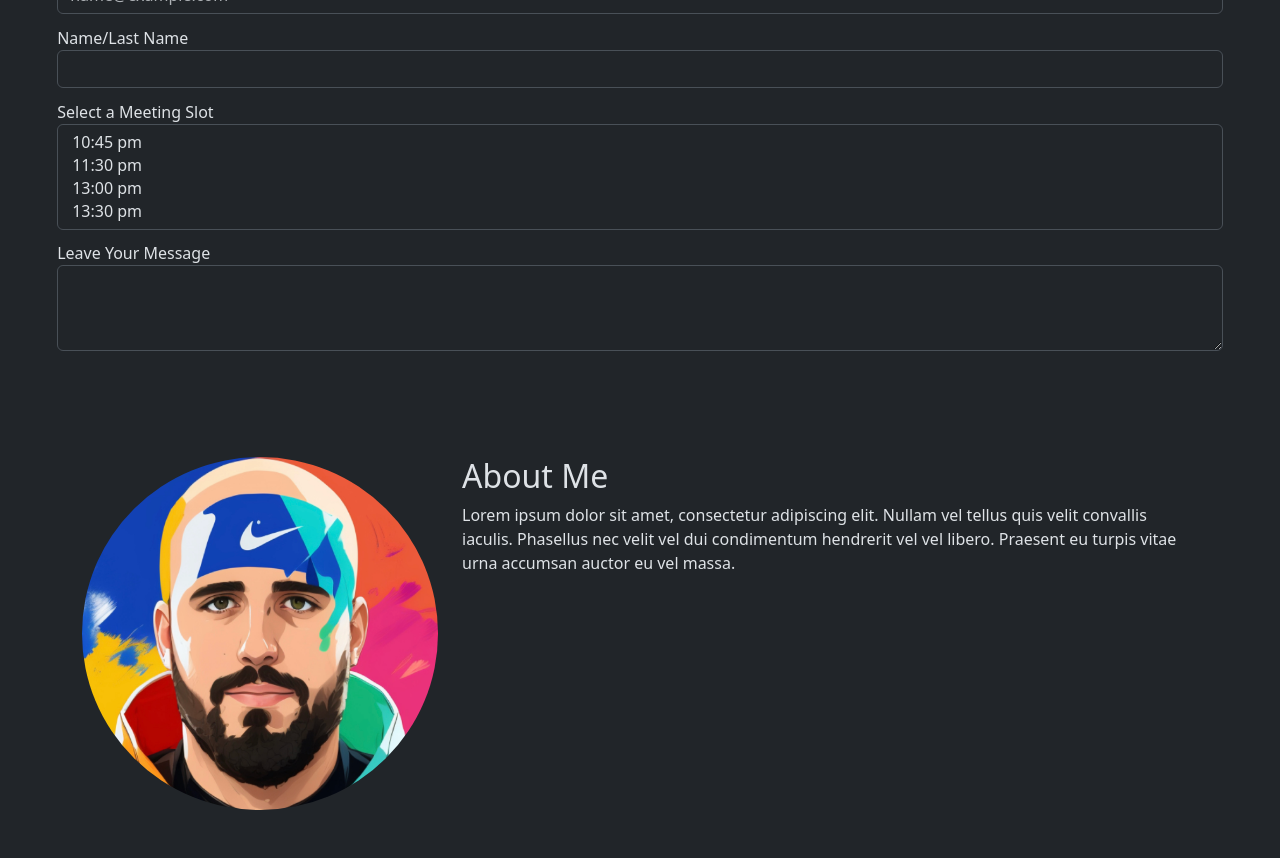
Repository: uvee35/Bootstrap-Portfolio
Page: index.html
These files come from the project's save history. The page is drawn as it stood at one moment and after the next save; the edit follows.
The browser window is 1280 px wide. The pictures show the part of the page from y = 1727 to 2679 px (the page is 2585 px tall before and 2679 px after).
A picture or video elsewhere on the page could not be fetched, so the positions and the page height are approximate.

Above is the page before, as saved 2023-12-18 20:35:53.

After the next save:
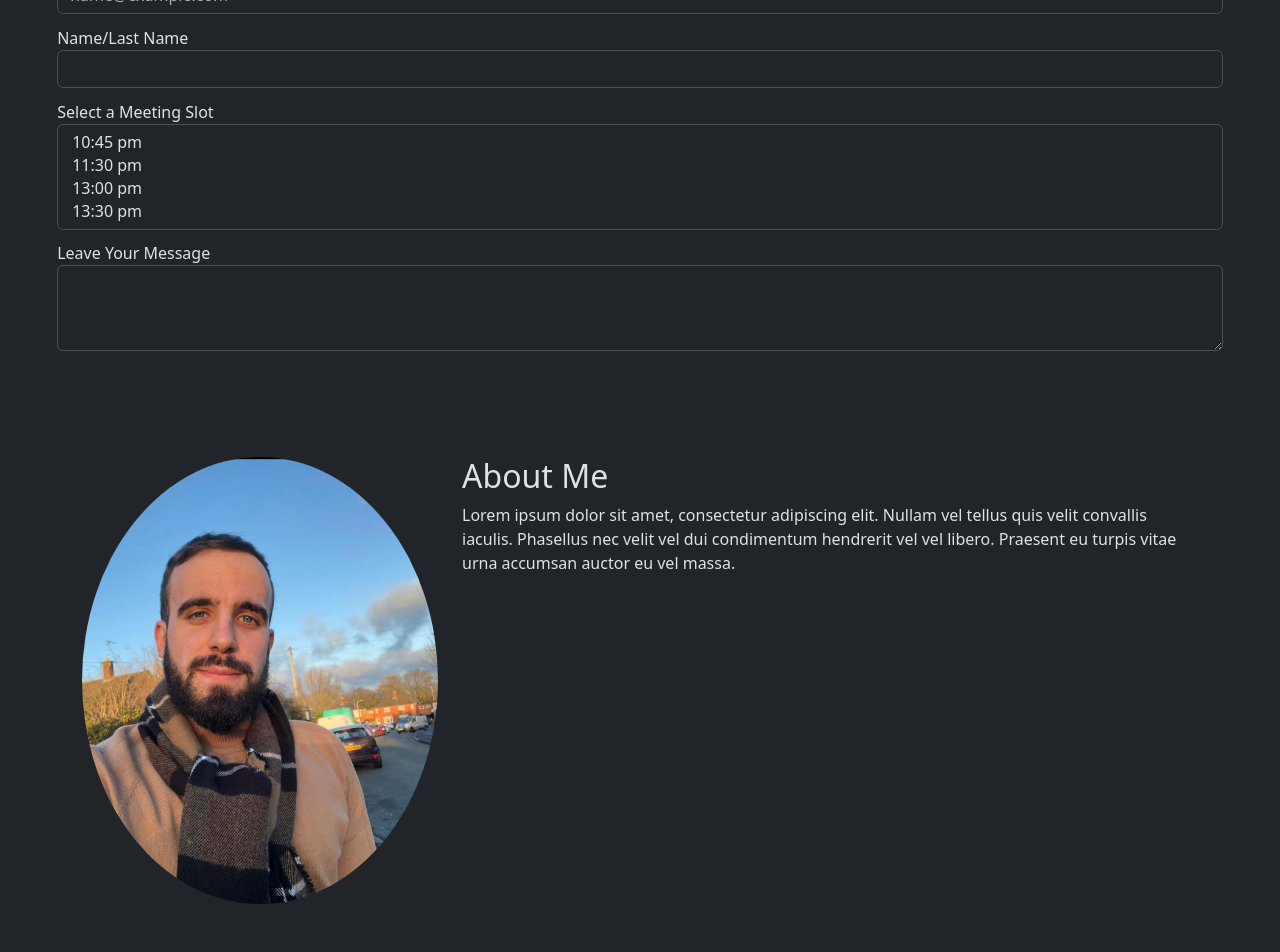
Saved 3 min 50 s later.
--- a/index.html
+++ b/index.html
@@ -295,7 +295,7 @@
   <div class="row">
       <!-- Picture Column -->
       <div class="col-lg-4">
-          <img src="./css/images/victor.JPG" alt="Your Name" class="img-fluid rounded-circle">
+          <img src="./css/images/Victor2.jpg" alt="Your Name" class="img-fluid rounded-circle">
       </div>
       <!-- Text Column -->
       <div class="col-lg-8">
